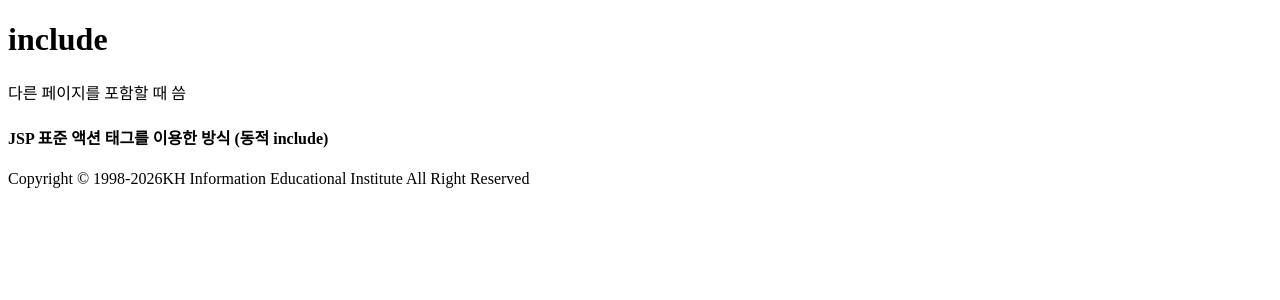
Repository: ham-zi/front-practice
Page: http://localhost/ActionProject/include.do
These files come from the project's save history. The page is drawn as it stood at one moment and after the next save; the edit follows.
The browser window is 1280 px wide. The pictures show the whole page.
The page is served by Tomcat 9.

Above is the page before, as saved 2026-05-06 07:49:11.
Console error: ReferenceError: Cannot access 'date' before initialization

After the next save:
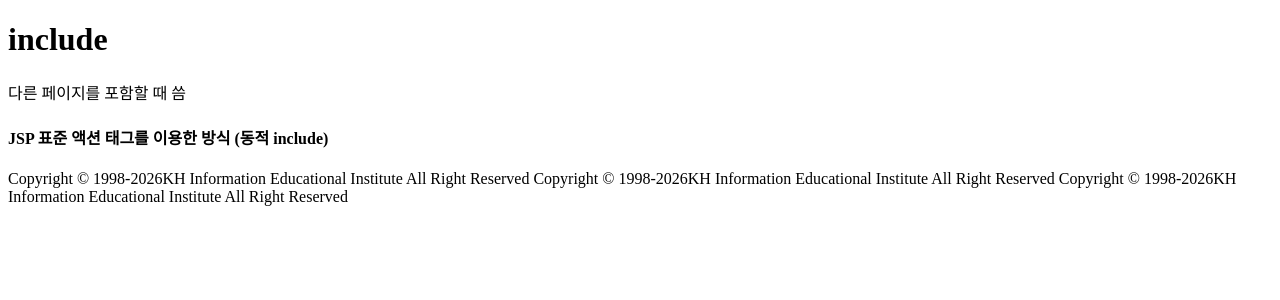
Saved 34 s later.
--- a/dynamic-workspace/ActionProject/src/main/webapp/WEB-INF/views/include.jsp
+++ b/dynamic-workspace/ActionProject/src/main/webapp/WEB-INF/views/include.jsp
@@ -26,6 +26,8 @@
 	 <!-- XML기반 기술이기 때문에 여는태그가 있으면 꼭 닫는태그가 있다.
 	 	  닫는 태그를 작성하지 않으면 500에러 발생
 	  -->
+		<jsp:include page="footer.jsp"/>
+		<jsp:include page="footer.jsp"/>
 
 
 </body>
